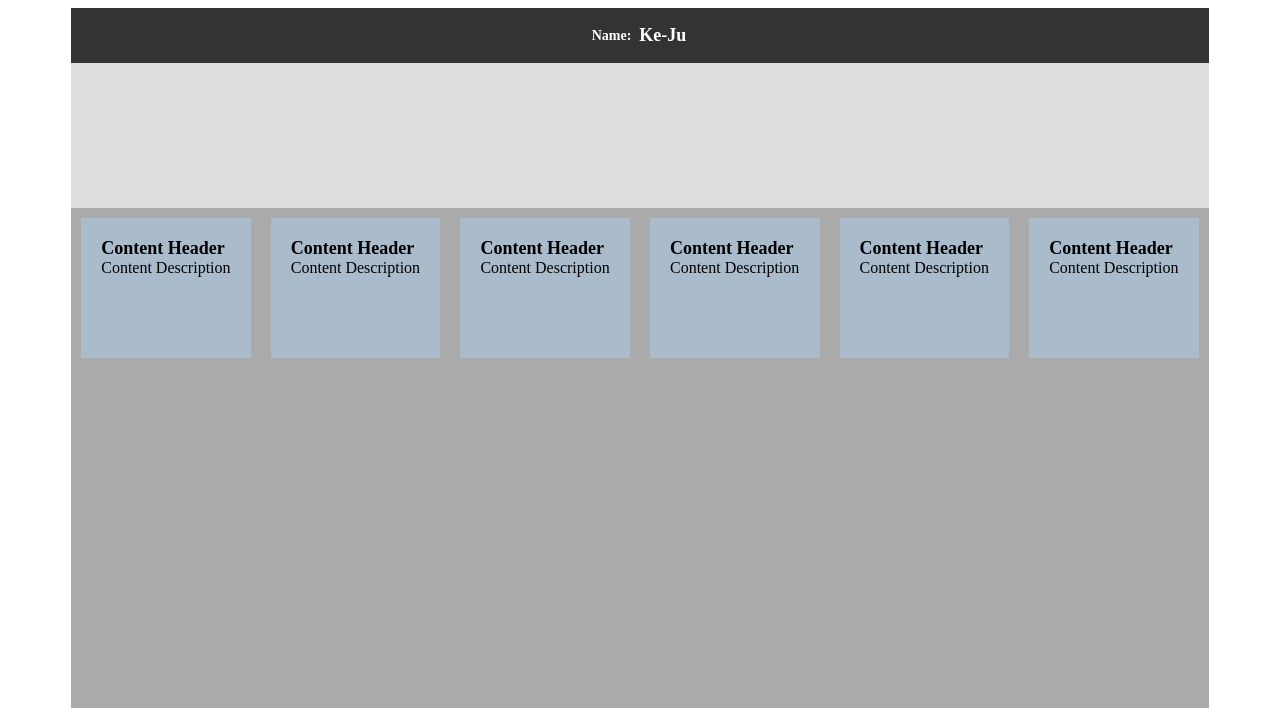
Repository: kerudai/mdiat3126nextapp
Page: /
The author's editor kept a copy of each file at every save. The page is drawn from the files as they stood at one save, then again after the next save.
The browser window is 1280 px wide. The pictures show the whole page.
The project was rebuilt for these pictures with package versions that can differ from the ones it lists, and the page was loaded fresh each time. The framework's server and built-in components were replaced by stand-ins that run in the browser.

Above is the page before, as saved 2020-09-29 16:31:09.

### pages/_app.js
import './app.scss';

function MyApp({ Component, pageProps }) {
  return <Component {...pageProps} />
}

export default MyApp

### pages/index.js
import Header from '../comps/Header';

export default function Home() {
  return (
    <div className="main">
      <div className="header">
        <Header />
      </div>
      <div className="contents">
        <div>
          <div>Content Header</div>
          <div>Content Description</div>
        </div>
        <div>
          <div>Content Header</div>
          <div>Content Description</div>
        </div>
        <div>
          <div>Content Header</div>
          <div>Content Description</div>
        </div>
        <div>
          <div>Content Header</div>
          <div>Content Description</div>
        </div>
        <div>
          <div>Content Header</div>
          <div>Content Description</div>
        </div>
        <div>
          <div>Content Header</div>
          <div>Content Description</div>
        </div>
      </div>
    </div>
  )
}

### pages/app.scss


@import './index.scss';

### comps/Header/index.js
import React from 'react';
import styled, {css} from 'styled-components';

const HeadTitle = styled.h1`
    font-size: 18px;
    color: ${props=>props.color ? props.color : "#FFF"};
    padding: 5px;
    ${props=>props.highlight === true && css`
    background-color: #F5A;
    margin: 10px;
    `}
`;

const SubHeadTitle = styled(HeadTitle)`
    font-size: 14px;
    padding: 3px;
`;

const HeadBox = styled.div`
    background-color: #333;
    display: flex;
    align-items: center;
    justify-content: center;
`;

const Header = ({color, highlight}) => {
    return <HeadBox>
        <SubHeadTitle color={color}>Name: </SubHeadTitle>
        <HeadTitle highlight={highlight}>Ke-Ju</HeadTitle>
    </HeadBox>;
}

Header.defaultProps = {
    color: null,
    highlight: null
};

export default Header;

### pages/index.scss
.main {
    width: 90%;
    margin: auto;

    .header {
        min-height: 200px;
        background-color: #DDD;
    }

    .contents {
        min-height: 500px;
        display: flex;
        background-color: #AAA;
        flex-wrap: wrap;

        & > div {
            background-color: #ABC;
            flex: 1 0 100px;
            height: 100px;
            margin: 10px;
            padding: 20px;

            & > div:first-child {
                //header
                font-size: 18px;
                font-weight: bold;
            }
        }

    }
}

After the next save:
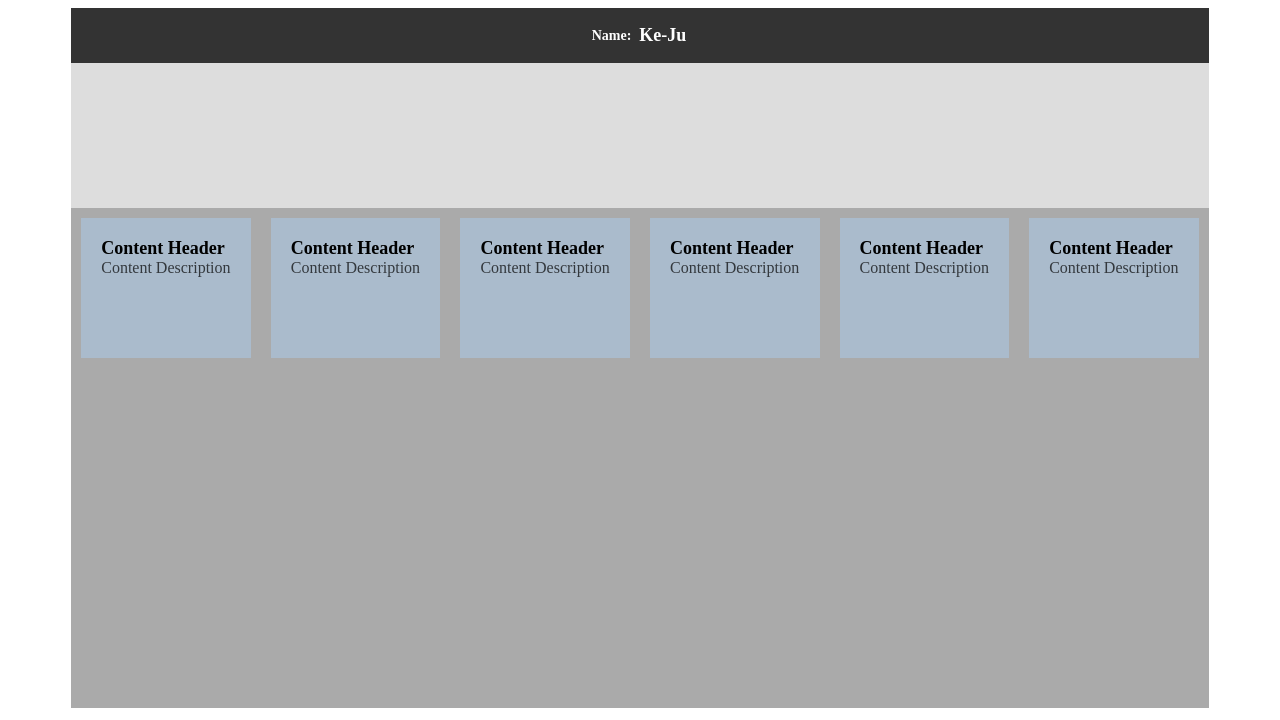
Saved 12 min 18 s later.
--- a/pages/index.scss
+++ b/pages/index.scss
@@ -25,6 +25,10 @@
                 font-size: 18px;
                 font-weight: bold;
             }
+
+            & > div:nth-child(2) {
+                color: rgba(0,0,0,0.7);
+            }
         }
 
     }
